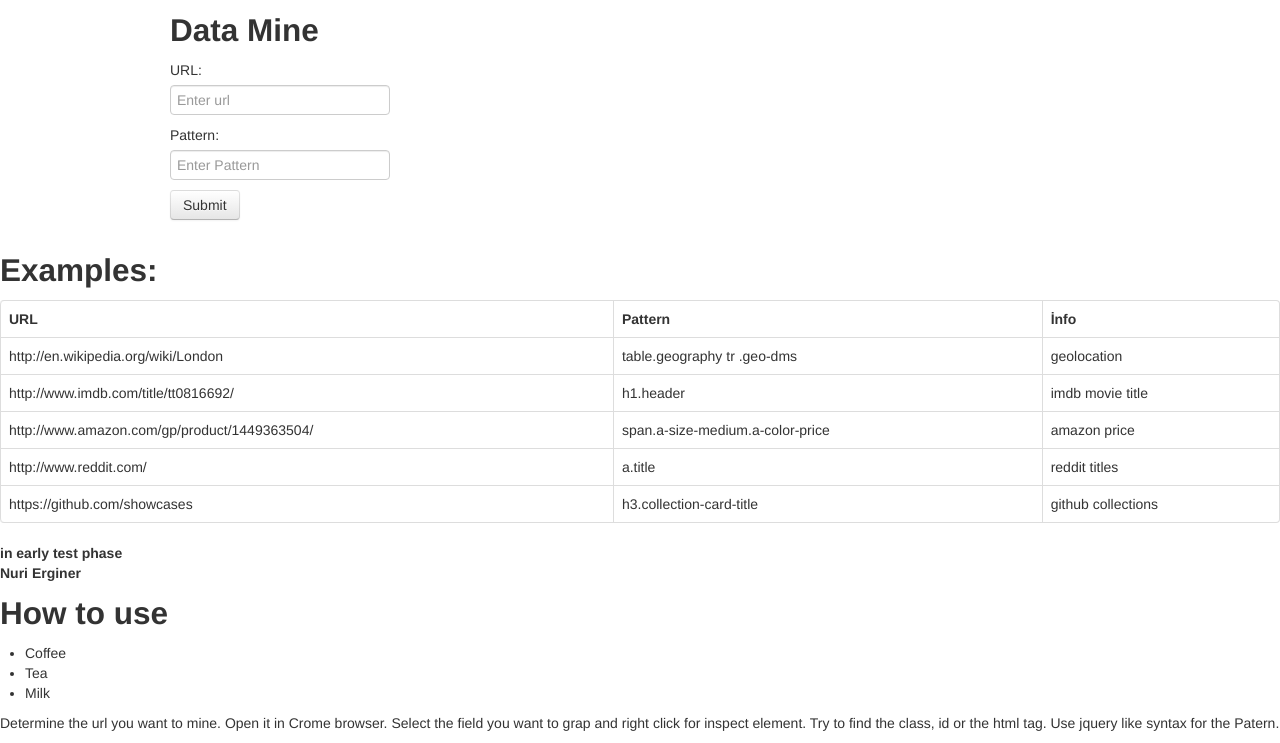
Repository: nerginer/datamine
Page: client/index.html
The author's editor kept a record of every edit. The page is drawn from the files as they stood at one moment, then again after the next edit.
The browser window is 1280 px wide. The pictures show the whole page.

Above is the page before.

### client/index.html
<!DOCTYPE html>
<html>
<head>
<meta charset="utf-8" />
<title>Data Mine</title>
<link rel="stylesheet" type="text/css" href="css/bootstrap.min.css">
</head>
<body>


<div class="container">
      <h2>Data Mine</h2>
       <form action="/" method="post">
        <div class="form-group">
          <label for="text">URL:</label>
          <input type="text" class="form-control" name="URL" placeholder="Enter url">
        </div>
        <div class="form-group">
          <label for="text">Pattern:</label>
          <input type="text" class="form-control" name="Pattern" placeholder="Enter Pattern">
        </div>

        <button type="submit" class="btn btn-default">Submit</button>
      </form>
</div>




            <h2>Examples:</h2>








<table class="table table-bordered">
  <tr>
    <th>URL</th>
    <th>Pattern</th>
    <th>İnfo</th>
  </tr>
  <tr>
    <td>http://en.wikipedia.org/wiki/London</td>
    <td>table.geography tr .geo-dms</td>
    <td>geolocation</td>
  </tr>
  <tr>
    <td>http://www.imdb.com/title/tt0816692/</td>
    <td>h1.header</td>
    <td>imdb movie title</td>
  </tr>
  <tr>
    <td>http://www.amazon.com/gp/product/1449363504/</td>
    <td>span.a-size-medium.a-color-price</td>
    <td>amazon price</td>
  </tr>
  <tr>
    <td>http://www.reddit.com/</td>
    <td>a.title</td>
    <td>reddit titles</td>
  </tr>
    <tr>
    <td>https://github.com/showcases</td>
    <td>h3.collection-card-title</td>
    <td>github collections</td>
  </tr>
</table>


<h5>in early test phase <br>
Nuri Erginer</h5>

<h2>How to use</h2>
<ul>
  <li>Coffee</li>
  <li>Tea</li>
  <li>Milk</li>
</ul>


<p>Determine the url you want to mine. Open it in Crome browser. Select the field you want to grap and right click for inspect element. Try to find the class, id or the html tag. Use jquery like syntax for the Patern.</p>
</body>
</html>

Loaded but not shown: client/css/bootstrap.min.css (library)

After the next edit:
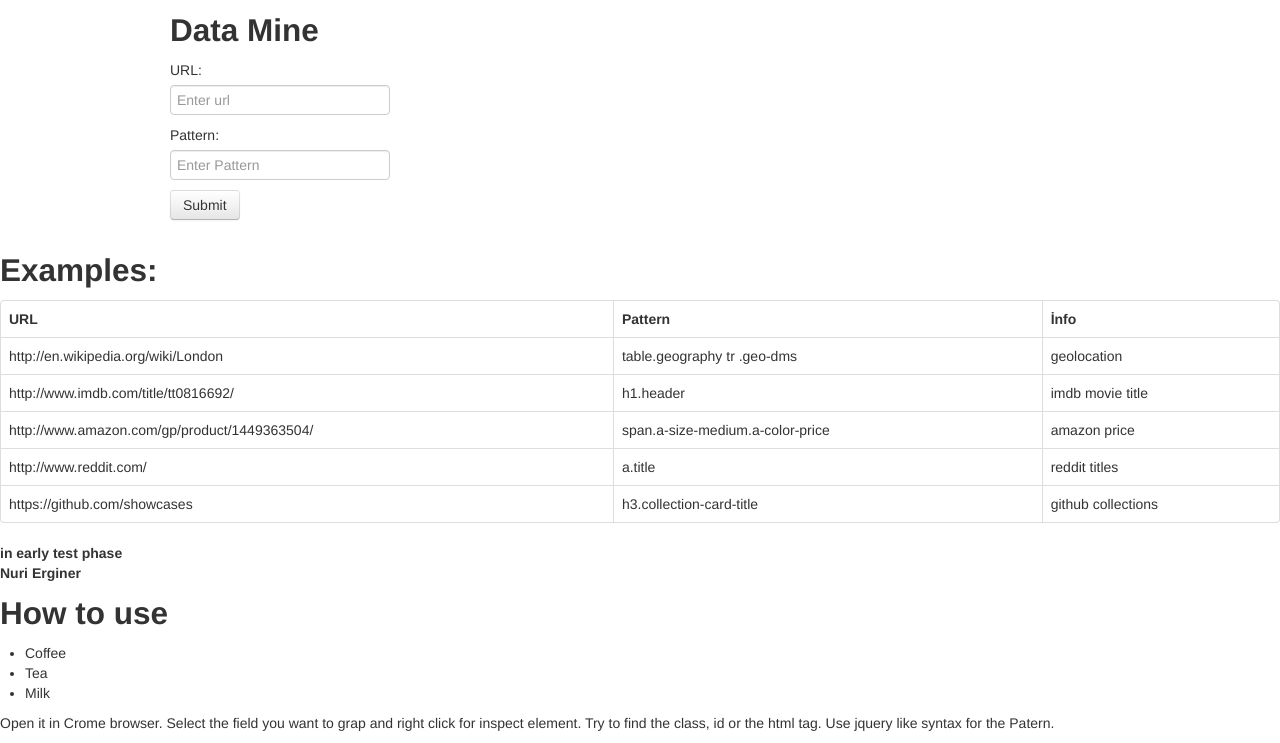
The edit:
--- a/client/index.html
+++ b/client/index.html
@@ -81,6 +81,6 @@
 </ul>
 
 
-<p>Determine the url you want to mine. Open it in Crome browser. Select the field you want to grap and right click for inspect element. Try to find the class, id or the html tag. Use jquery like syntax for the Patern.</p>
+<p> Open it in Crome browser. Select the field you want to grap and right click for inspect element. Try to find the class, id or the html tag. Use jquery like syntax for the Patern.</p>
 </body>
 </html>
